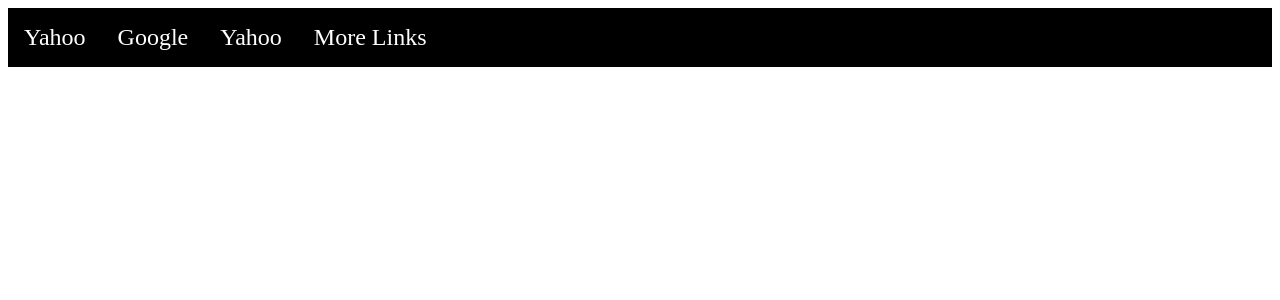
Repository: GoldenCheez/GoldenCheez.github.io
Page: navbar.html
The author's editor kept a record of every edit. The page is drawn from the files as they stood at one moment, then again after the next edit.
The browser window is 1280 px wide. The pictures show the whole page.

Above is the page before.

### navbar.html
<!DOCTYPE html>
<html>
  <head>

    <title>repl.it</title>

    <style>
      .navbar{
        background-color: black;
       overflow:hidden;

      }

      .navbar a{
        color: white;
        font-size: 24px;
        text-decoration: none;
        padding:16px;
        float:left;
      }


      .morelinks{
        color: white;
        font-size: 24px;
        text-decoration: none;
        padding:16px;
      }
      .navbar a:hover, .morelinks:hover{
        background-color: pink;
      }

      .dropdown:hover .dropdown-content{
        display:block;
      }

      .dropdown-content{
        position: absolute;
        z-index:98;
        display:none;
        background-color:black;

      }
      .dropdown{
        background-color:black;
        color:white;
        float:left;
        text-decoration:none;
        font-size:24px;

      }
      .dropdown-content a{
        float:none;
        display:block;





      }

    </style>

  </head>
  <body>
    <div class="navbar">
      <a href="https://www.yahoo.com">Yahoo</a>
      <a href="https://www.google.com">Google</a>
      <a href="https://www.yahoo.com">Yahoo</a>
      <div class="dropdown">
        <div class="morelinks">More Links</div>
        <div class="dropdown-content">
          <a href="https://www.awseducate.com">AWS Educate</a>
          <a href="https://www.collegeboard.org">College Board</a>
        </div>
      </div>

    </div>

  </body>
</html>

After the next edit:
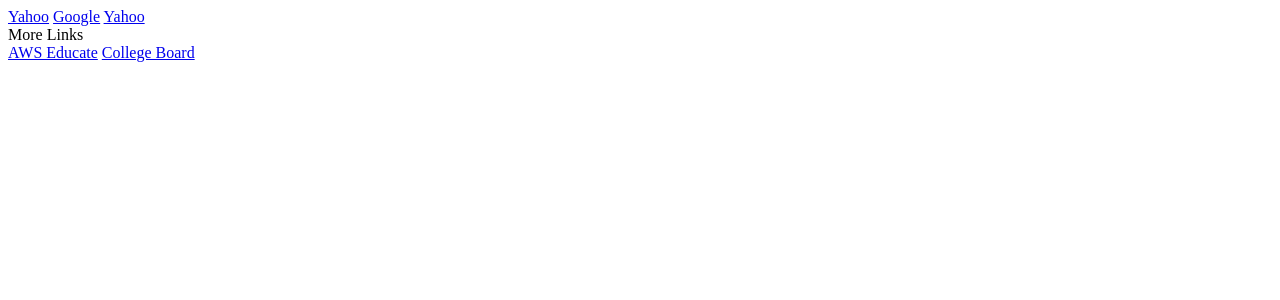
The edit:
--- a/navbar.html
+++ b/navbar.html
@@ -4,62 +4,7 @@
 
     <title>repl.it</title>
 
-    <style>
-      .navbar{
-        background-color: black;
-       overflow:hidden;
 
-      }
-
-      .navbar a{
-        color: white;
-        font-size: 24px;
-        text-decoration: none;
-        padding:16px;
-        float:left;
-      }
-
-
-      .morelinks{
-        color: white;
-        font-size: 24px;
-        text-decoration: none;
-        padding:16px;
-      }
-      .navbar a:hover, .morelinks:hover{
-        background-color: pink;
-      }
-
-      .dropdown:hover .dropdown-content{
-        display:block;
-      }
-
-      .dropdown-content{
-        position: absolute;
-        z-index:98;
-        display:none;
-        background-color:black;
-
-      }
-      .dropdown{
-        background-color:black;
-        color:white;
-        float:left;
-        text-decoration:none;
-        font-size:24px;
-
-      }
-      .dropdown-content a{
-        float:none;
-        display:block;
-
-
-
-
-
-      }
-
-    </style>
 
   </head>
   <body>
